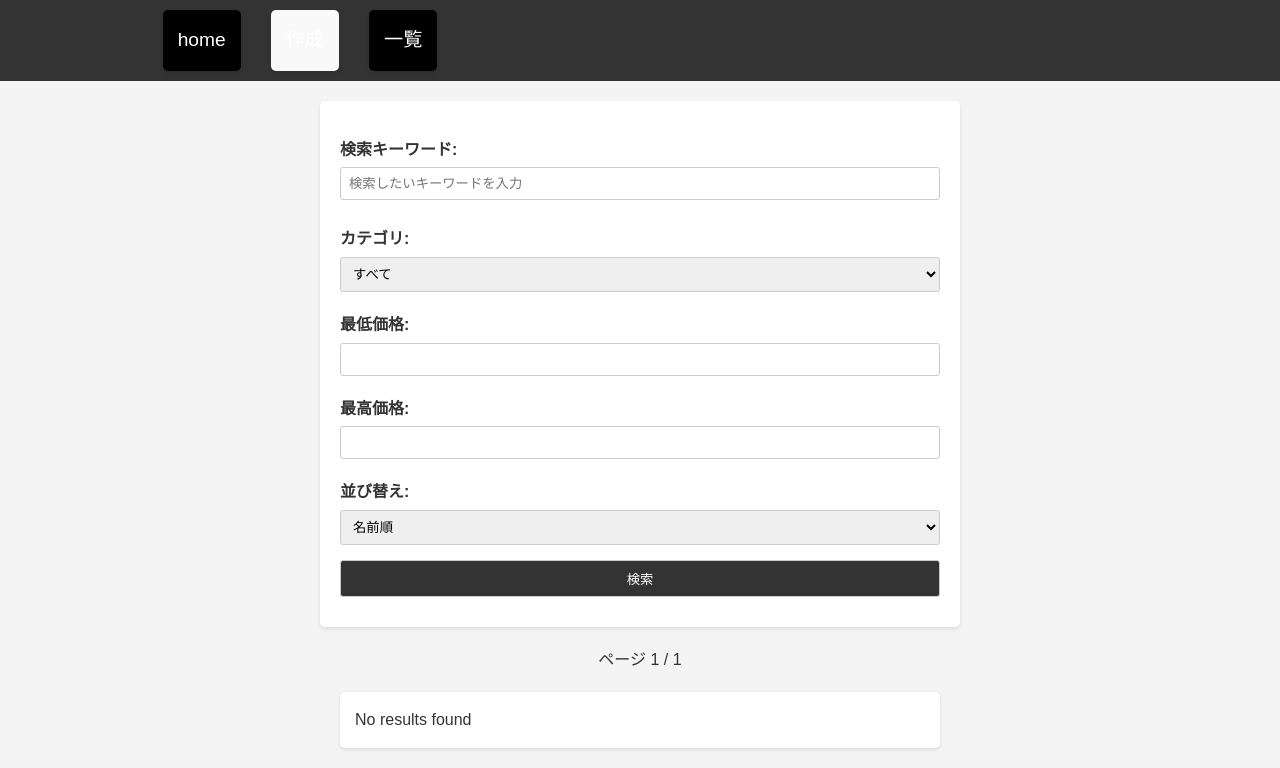
Repository: mamesuke7274/2024_kouki_kuwayamasyoutarou
Page: http://localhost/
An editor plug-in stored every save of this project. The page is shown before and after a run of saves, followed by the edit.
The browser window is 1280 px wide. The pictures show the whole page.
The page is served by the project's application, run on Django 4.2 (manage.py). Queries for data that is not in the repository find no rows.

Above is the page before, as saved 2024-10-23 14:40:58.

After the next 3 saves:
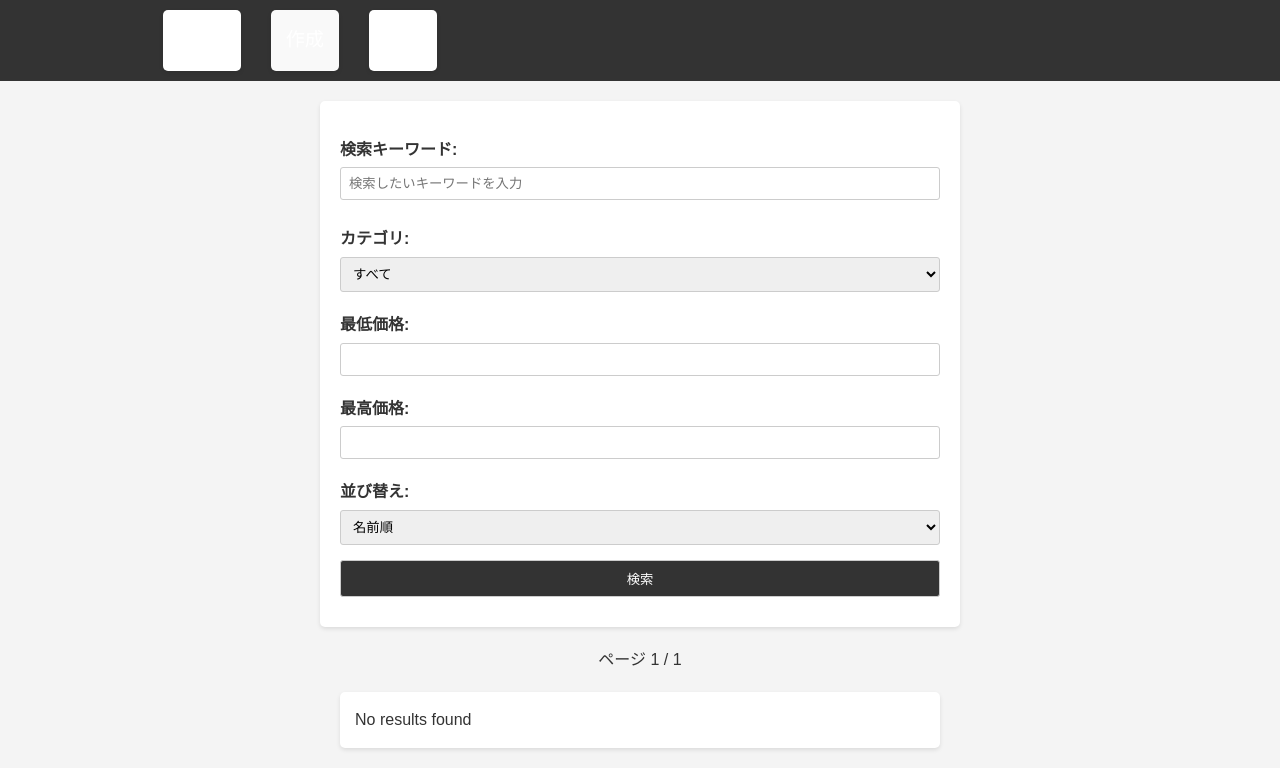
The 3 saves are shown as one change because they came seconds apart.
The last was saved 29 s later.
--- a/search_app/templates/search.html
+++ b/search_app/templates/search.html
@@ -137,7 +137,7 @@
             background-color: #f0f0f0;
         }
 
-        .nav {
+        .nav:hover {
             background-color: #000;
         }
     </style>
